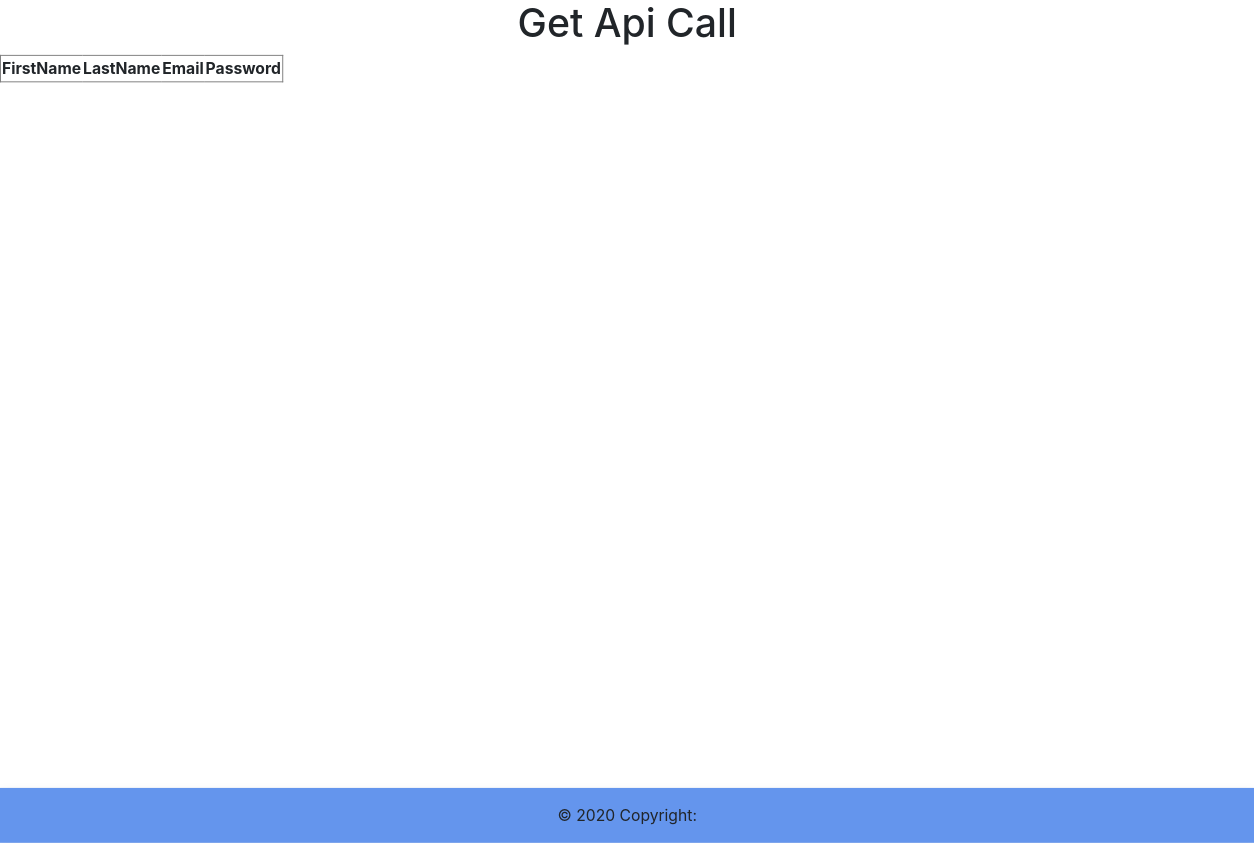
Repository: Sakshamccna/React
Page: /
The author's editor kept a copy of each file at every save. The page is drawn from the files as they stood at one save, then again after the next save.
The browser window is 1280 px wide. The pictures show the whole page, at 98% of full size.
The project was rebuilt for these pictures with package versions that can differ from the ones it lists, and the page was loaded fresh each time.

Above is the page before, as saved 2022-12-27 11:58:35.

### public/index.html
<!DOCTYPE html>
<html lang="en">

<head>
  <meta charset="utf-8" />
  <link rel="icon" href="%PUBLIC_URL%/favicon.ico" />
  <meta name="viewport" content="width=device-width, initial-scale=1" />
  <meta name="theme-color" content="#000000" />
  <meta name="description" content="Web site created using create-react-app" />
  <link rel="apple-touch-icon" href="%PUBLIC_URL%/logo192.png" />
  <!--
      manifest.json provides metadata used when your web app is installed on a
      user's mobile device or desktop. See https://developers.google.com/web/fundamentals/web-app-manifest/
    -->
  <link rel="manifest" href="%PUBLIC_URL%/manifest.json" />
  <link href="https://cdn.jsdelivr.net/npm/bootstrap@5.2.3/dist/css/bootstrap.min.css" rel="stylesheet"
    integrity="sha384-rbsA2VBKQhggwzxH7pPCaAqO46MgnOM80zW1RWuH61DGLwZJEdK2Kadq2F9CUG65" crossorigin="anonymous">
  <!--
      Notice the use of %PUBLIC_URL% in the tags above.
      It will be replaced with the URL of the `public` folder during the build.
      Only files inside the `public` folder can be referenced from the HTML.

      Unlike "/favicon.ico" or "favicon.ico", "%PUBLIC_URL%/favicon.ico" will
      work correctly both with client-side routing and a non-root public URL.
      Learn how to configure a non-root public URL by running `npm run build`.
    -->
  <title>React App</title>
</head>

<body>
  <noscript>You need to enable JavaScript to run this app.</noscript>
  <div id="root"></div>
  <!--
      This HTML file is a template.
      If you open it directly in the browser, you will see an empty page.

      You can add webfonts, meta tags, or analytics to this file.
      The build step will place the bundled scripts into the <body> tag.

      To begin the development, run `npm start` or `yarn start`.
      To create a production bundle, use `npm run build` or `yarn build`.
    -->
</body>
<script src="https://cdn.jsdelivr.net/npm/bootstrap@5.2.3/dist/js/bootstrap.bundle.min.js"
  integrity="sha384-kenU1KFdBIe4zVF0s0G1M5b4hcpxyD9F7jL+jjXkk+Q2h455rYXK/7HAuoJl+0I4" crossorigin="anonymous"></script>

</html>

### src/App.tsx
import React from 'react';
import logo from './logo.svg';
import './App.css';
import { BrowserRouter, Routes, Route } from 'react-router-dom';
import Headers from './Components/Headers';

import Footers from './Components/Footers';
import Sidebar from './Components/Sidebar';
import Home from './Components/Home';
import About from './Components/About';
import SignUp from './Components/SignUp';
import Loginheader from './Components/Loginheader';
import Login from './Components/Login';
import Getapi from './Components/Getapi';

function App() {
  return (
    <div className="App">
      <BrowserRouter>

        <Routes>

          {/* <Route path="/" element={<Loginheader />} >
            <Route path="SignUp" element={<SignUp />} />
            <Route path="/" element={<Login />} />
            <Route path="Login" element={<Login />} />
          </Route>




          <Route path="Sidebar" element={<Sidebar />} >

            <Route path="Home" element={<Home />} />
            <Route path="About" element={<About />} />

          </Route> */}
          <Route path="/" element={<Getapi />} />






        </Routes>

      </BrowserRouter>
      <Footers />



    </div >
  );
}

export default App;

### src/Components/Footers.tsx
import React from 'react'
import "./footer.css"

function Footers() {
    return (
        <footer className="footer ">


            <div className="footer-copyright text-center py-3">© 2020 Copyright:

            </div>



        </footer>
    )
}

export default Footers

### src/Components/Getapi.tsx
import React, { useEffect, useState } from 'react'
import { Outlet, UNSAFE_DataRouterStateContext } from 'react-router-dom';
import { isTemplateExpression } from 'typescript';

const Getapi = () => {
    const [data, setData] = useState<any>([{ "firstName": "sak", "lastName": "sham", "email": "Asdf@gmail.com", "password": null }, { "firstName": "System", "lastName": "Admin", "email": "admin@admin.com", "password": null }, { "firstName": "gdfg", "lastName": "fghdf", "email": "saksham@gmail.com", "password": null }, { "firstName": "System", "lastName": "User", "email": "user@user.com", "password": null }])


    useEffect(() => {
        debugger
        let checkdata = data
    }, [])
    const getData = async () => {
        var requestOptions: any = {
            method: 'GET',
            redirect: 'follow'
        };

        return await fetch("https://localhost:7004/Account/GetUsers", requestOptions)
            .then(response => response.text())
            .then((result: any) => {
                debugger
                //  setData();
                //   let data = [{ "firstName": "sak", "lastName": "sham", "email": "Asdf@gmail.com", "password": null }, { "firstName": "System", "lastName": "Admin", "email": "admin@admin.com", "password": null }, { "firstName": "gdfg", "lastName": "fghdf", "email": "saksham@gmail.com", "password": null }, { "firstName": "System", "lastName": "User", "email": "user@user.com", "password": null }];
                debugger
            })
            .catch(error => console.log('error', error));
    }
    // console.warn(data);
    return (
        <>
            {data?.map((x: any) => { x.firstName })}
            <h1> Get Api Call</h1>
            <table border={1}>
                <tbody>

                    <tr>
                        <th>FirstName</th>
                        <th>LastName</th>
                        <th>Email</th>
                        <th>Password</th>
                    </tr>
                    {/* {

                        data.length > 0 ? data.map((item: any) =>

                            <tr>

                                <td>{item.firstName}</td>
                                <td>{item.lastName}</td>
                                <td>{item.email}</td>
                                <td>{item.password}</td>
                            </tr>

                        ) : ''
                    } */}

                </tbody>




            </table>
            <Outlet />
        </>
    )
}

export default Getapi

### src/Components/footer.css
.footer {
    margin-top: 100vh;
    box-shadow: 0 2px 5px 0 rgb(0 0 0 / 5%), 0 2px 10px 0 rgb(0 0 0 / 5%);
    background-color: #6495ED;
}

Loaded but not shown: src/index.tsx (common file); src/index.css (common file); src/reportWebVitals.ts (common file); src/App.css (common file)

After the next save:
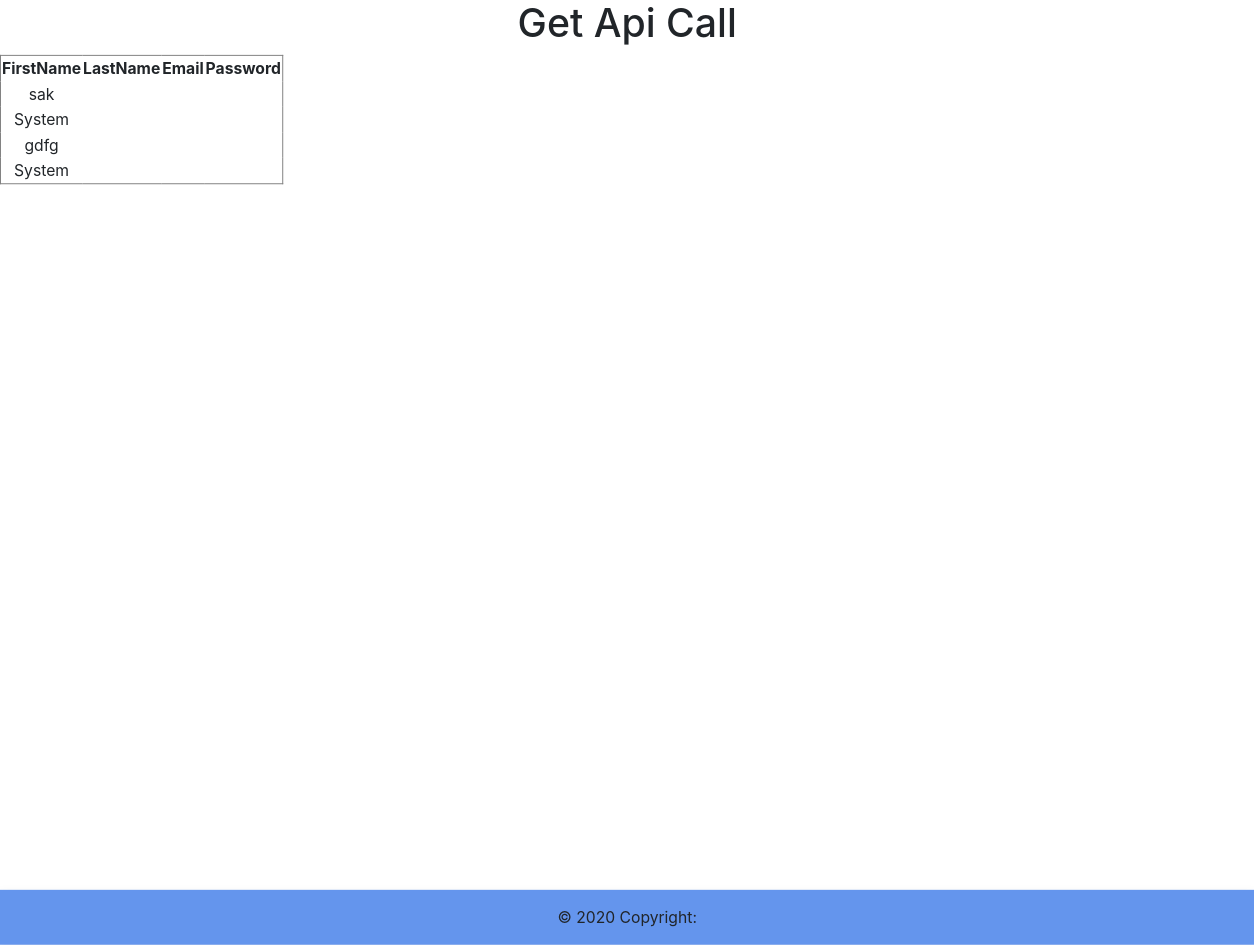
Saved 60 s later.
--- a/src/Components/Getapi.tsx
+++ b/src/Components/Getapi.tsx
@@ -29,7 +29,8 @@ const Getapi = () => {
     // console.warn(data);
     return (
         <>
-            {data?.map((x: any) => { x.firstName })}
+            {/* {
+                data?.map((x: any) => { x.firstName })} */}
             <h1> Get Api Call</h1>
             <table border={1}>
                 <tbody>
@@ -40,20 +41,20 @@ const Getapi = () => {
                         <th>Email</th>
                         <th>Password</th>
                     </tr>
-                    {/* {
+                    {
 
                         data.length > 0 ? data.map((item: any) =>
 
                             <tr>
 
                                 <td>{item.firstName}</td>
-                                <td>{item.lastName}</td>
+                                {/* <td>{item.lastName}</td>
                                 <td>{item.email}</td>
-                                <td>{item.password}</td>
+                                <td>{item.password}</td> */}
                             </tr>
 
                         ) : ''
-                    } */}
+                    }
 
                 </tbody>
 
